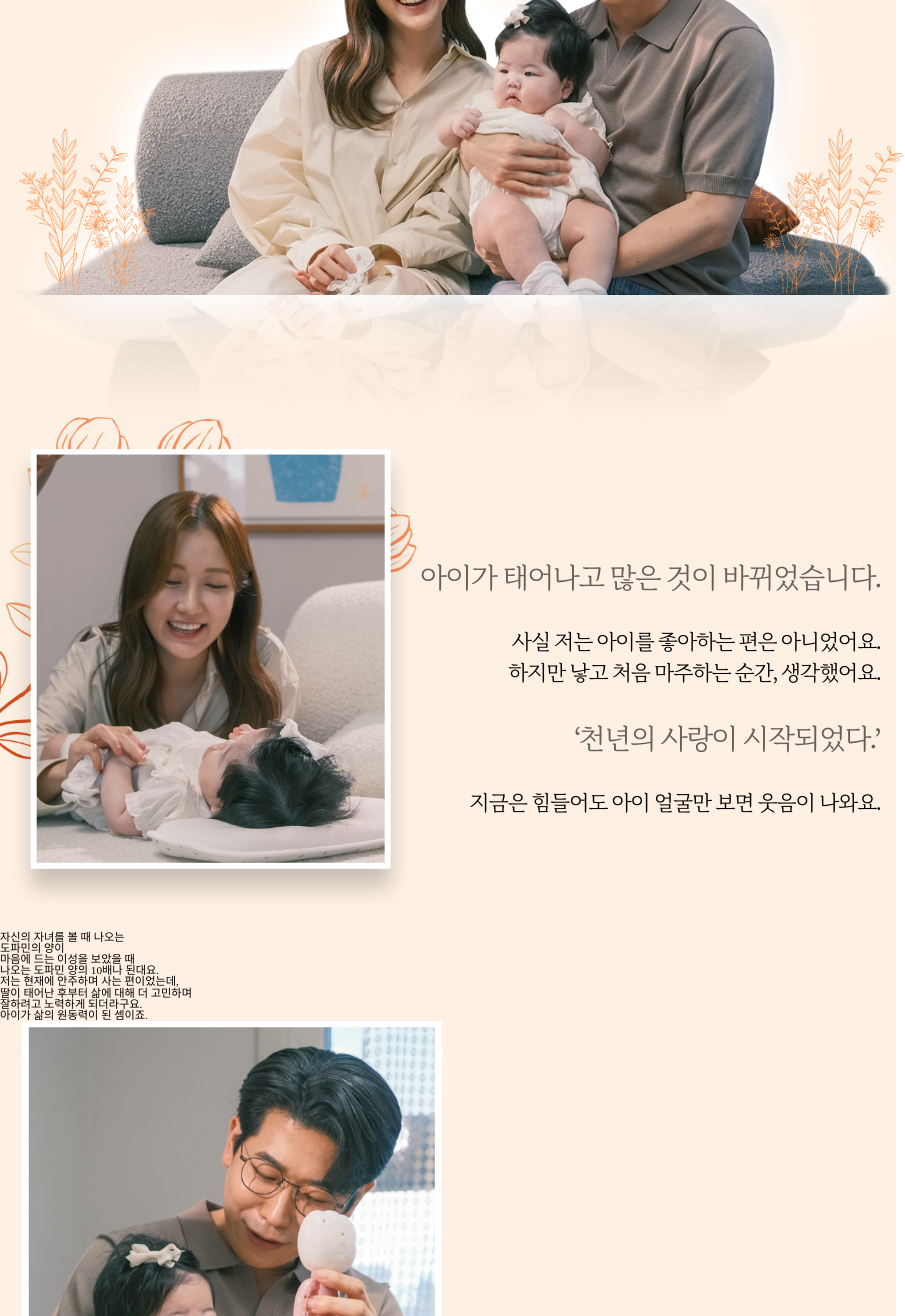
Repository: dlgywls1130/saveTheChildren
Page: index.html
An editor plug-in stored every save of this project. The page is shown before and after the next save, followed by the edit.
The browser window is 1280 px wide. The page is 1293 px wide, so the pictures cover 1293 px, including what lies to the right of the window. The pictures show the part of the page from y = 2521 to 4401 px (the page is 10571 px tall), at 70% of full size.
Some web fonts or font styles are not loaded; a fallback is used. The style sheet was rebuilt from its Sass, Less or Tailwind sources for each picture, by a compiler version that may differ from the author's.

Above is the page before, as saved 2024-11-01 22:29:41.

### index.html
<!DOCTYPE html>
<html lang="en">
<head>
    <meta charset="UTF-8">
    <meta name="viewport" content="width=device-width, initial-scale=1.0">
    <title>Document</title>

    <link rel="stylesheet" href="./css/common.css">
</head>
<body>

    <!-- main -->
    <section class="main_container">
        <div class="container">
            <div class="logo_title mb-60">
                <img src="./images/logo.png" alt="logo">
                <p>우리 아기 좋은 날 기부</p>
            </div>

            <p class="sub_title mb-30">
                의사 오진승, 아나운서 김도연 가족과 함께하는
            </p>

            <h2 class="mb-50">우리 아기<br>좋은 날 일기</h2>

            <p class="sub_span_text mb-40">
                여러분은 자녀의 소중한 순간을<br>
                어떻게 기념 하시나요?
            </p>

            <p class="sub_descript mb-60">
                보통 사진을 찍고 영상을 남기는 분들이 많으실 거에요. <br>
                <span>소중한 날을 특별하게 기념하는 방법</span>을<br>
                소개해드릴게요
            </p>

            <a href="#" class="record_btn">
                <img src="/images/pencle.png" alt="pencle">
                <p>우리 아기 좋은 날 기록하기</p>
            </a>
        </div>
    </section>

    <!-- 스토리섹션 -->

    <section class="story_section">
        <div class="container py-150">

            <!-- 영상 -->
            <div class="video_container mb-150">
                <video></video>
            </div>

            <div class="story_01">
                <p class="s01 mb-70">
                    “유튜브 <닥터프렌즈>를 운영하는 정신과 전문의 오진승,
                    <br>KBS 전 아나운서, 현 프리랜서 방송인 김도연입니다.
                </p>

                <p class="s01_1 mb-70">
                    세이브더칠드런과는 자립지원아동들과 미혼모가정을 위해
                    <br>기부하며 인연을 이어오고 있습니다.
                </p>

                <p class="s01_2 mb-70">
                    지난 4월, 첫 딸 수빈이가 저희에게 찾아와 주었어요.”
                </p>

                <img src="/images/s1_1.png" alt="story">
            </div>


            <div class="story_02">
                <div class="story_02_01">
                    <div class="story_image">
                        <img src="/images/s2_1.png" alt="stroy">
                    </div>
                    <div class="story_text-contain">
                        <p class="story_text_01 mb-50">
                            아이가 태어나고 많은 것이 바뀌었습니다.
                        </p>
                        <p class="story_text_02 mb-50">
                            사실 저는 아이를 좋아하는 편은 아니었어요.
                            <br>하지만 낳고 처음 마주하는 순간, 생각했어요.
                        </p>
                        <p class="story_text_03 mb-50">
                            ‘천년의 사랑이 시작되었다.’
                        </p>

                        <p class="story_text_04">
                            지금은 힘들어도 아이 얼굴만 보면 웃음이 나와요.
                        </p>
                    </div>


                </div>
            </div>

            <div class="story_03">
                <div class="story03_01">
                    <div class="story_text-contain">
                        <p class="story_text_01">
                            자신의 자녀를 볼 때 나오는
                            <br>도파민의 양이
                            <br>마음에 드는 이성을 보았을 때
                            <br>나오는 도파민 양의 10배나 된대요.
                        </p>
                        <p class="story_text_02">
                            저는 현재에 안주하며 사는 편이었는데,
                            <br>딸이 태어난 후부터 삶에 대해 더 고민하며
                            <br>잘하려고 노력하게 되더라구요.
                        </p>
                        <p class="story_text_03">
                            아이가 삶의 원동력이 된 셈이죠.
                        </p>

                    </div>

                    <div class="story_image">
                        <img src="/images/s3_1.png" alt="stroy">
                    </div>



                </div>
            </div>

            <div class="story_04">
                <div class="story04_01">

                    <div class="story_image">
                        <img src="/images/s4_1.png" alt="stroy">
                    </div>

                    <div class="story_text-contain">
                        <p class="story_text_01">
                            요즘은 수빈이와 함께
                            <br>놀이터 갈 날을
                            <br>손꼽아 기다리고 있어요.
                        </p>
                        <p class="story_text_02">
                            아직 말귀도 못 알아듣는 아이한테
                            <br>“너 언제 커서 아빠랑 놀이터 갈래?”
                            <br>묻고는 하죠.
                        </p>

                    </div>

                </div>

                <div class="story04_02">

                    <div class="story_text-contain">
                        <p class="story_text_01">
                            한편으로는 아이를 정신없이 키우다 보니
                            <br>탄생의 순간이 희미해지고 있었어요.
                        </p>
                        <p class="story_text_02">
                            우리 아기 좋은 날 캠페인에 참여해서
                            <br>직접 <span>기념일 이야기를 담은 후원감사증서</span>를 받아보니,
                            <br>그때 생각이 나서 너무 좋았어요.
                        </p>

                    </div>

                    <div class="story_image">
                        <img src="/images/s4_2.png" alt="stroy">
                    </div>

                </div>
            </div>

            <div class="story_05">
                <div class="story_05_01">
                    <div class="img_story">
                        <img src="/images/s5_1.png">
                    </div>
                    <div class="story_text">
                        “아이가 건강하게 발달단계를 해내는
                        <br>소중한 순간에 기부를 하면
                        <br>수빈이가 더 건강하고,행복하게
                        <br>자라게 되지 않을까요?
                        <br>
                        <br>소중한 순간마다 기부하고
                        <br>앨범처럼 남겨서 보여주면
                        <br>자랑스러운 부모가 될 것 같아요”
                    </div>
                </div>

                <div class="story_05_02">

                    <div class="story_text">
                        “저는 칭찬 받거나 스스로에게 자부심을
                        <br>느낀 순간은 오래 기억된다고 생각해요.
                        <br>
                        <br>내 아이에게 ‘네가 첫 양치질을 잘 해낸
                        <br>기념으로  다른 친구를 도왔어.’ 라고
                        <br>말해준다면 그 뿌듯함을 밑거름으로
                        <br>자기 자신과 다른 사람 모두 사랑할 수 있는
                        <br>아이로 성장하지 않을까요?”
                    </div>

                    <div class="img_story">
                        <img src="/images/s5_2.png">
                    </div>

                </div>


                <div class="middle_cotain">
                    <p>첫 걸음마, 첫돌, 처음 엄마 아빠를 부른 날, 처음 비를 맞아본 날,
                    처음 놀이터에 간 날, 그 소중한 순간을 기부로 기록해 보세요.</p>

                    <p>후원해주신 모든 분들께 직접 작성한 기념일 이야기가 담긴 <span>후원감사증서</span>를 드리며,
                    30만원 이상 후원해 주신 분들께는 이름을 수놓은 <span>순면거즈블랭킷</span>을 증정하고 있습니다. </p>

                    <div class="middle_image">
                        <div class="middel_left">
                            <img src="/images/s6_1.png">
                        </div>
                        <div class="middel_right">
                            <img src="/images/s6_2.png">
                        </div>

                        <img src="" class="float_image">
                    </div>


                    <a href="#" class="record_btn">
                        <img src="/images/pencle.png" alt="pencle">
                        <p>우리 아기 좋은 날 기록하기</p>
                    </a>
                </div>



            </div>

        </div>


    </section>

    <!-- 후원신청 과정 -->

    <section class="sponsor_section">
        <div class="container">

            <div class="sponsor-container">
                <h2>후원신청 과정</h2>

                <div class="sponsor_list">
                    <div class="sponsor_list_inner">
                        <div class="list-inner-img">
                            <img src="">
                        </div>
                        <p>후원신청하기</p>

                    </div>
                    <span class="arrow-img"><img src=""></span>
                    <div class="sponsor_list_inner">
                        <div class="list-inner-img">
                            <img src="">
                        </div>
                        <p>후원감사증서<br>메시지 적기</p>

                    </div>
                    <span class="arrow-img"><img src=""></span>
                    <div class="sponsor_list_inner">
                        <div class="list-inner-img">
                            <img src="">
                        </div>
                        <p>신청완료</p>

                    </div>
                    <span class="arrow-img"><img src=""></span>
                    <div class="sponsor_list_inner">
                        <div class="list-inner-img">
                            <img src="">
                        </div>
                        <p>후원감사증서 발송<br>(1주일이내)</p>

                    </div>
                </div>

                <p class="info-span">30만원 이상 후원자 분들께는 순면거즈블랭킷 제작을 위한 문자가 별도 발송됩니다. (후원 2-3일 이내)</p>
            </div>


            <div class="sponsor-inner">
                <h2>후원금, 이렇게 쓰여요!</h2>

                <p>
                    세이브더칠드런은 국내외 아동을 대상으로
                    생계지원, 의료지원,  영유아용품지원, 재해재난 상황에서의
                    긴급구호 등의 활동을 진행하고 있습니다.

                    보내주신 후원금은 정치, 종교, 인종에 관계없이
                    모든 아이들을 구해야 한다는  세이브더칠드런의 신념에 따라
                    가장 도움 필요한 아이를 위해 우선 사용됩니다.

                </p>

                <img src="/images/baby.png">
            </div>
        </div>

    </section>

    <!-- faq -->
    <section class="faq_section">
        <div class="container">
            <h2>FAQ</h2>

            <ul class="faq_list">
                <li>
                    <div class="faq_question">
                        <img src="/images/leaves.png">
                        <p>30만원 이상 후원했습니다. 거즈 순면 블랭킷은 언제 오나요?</p>
                    </div>
                    <div class="faq_answer">
                        우리 아기 좋은 날 기부로 30만원 이상 후원자님들께는 담요에 수놓을 아기 이름과 선물 수령 주소
                        확인을 위한 문자가 발송됩니다. 02-6900-4479로 발송되는 문자 속 설문조사에 답해주세요.
                        확인을 완료하신 분들께는 블랭킷 제작을 담당하고 있는 조니 스튜디오에서 아기 이름 자수
                        작업 완료 후 배송해 드립니다.

                    </div>
                </li>
                <li>
                    <div class="faq_question">
                        <img src="/images/leaves.png">
                        <p>순면 거즈 블랭킷, 안전한 제품인가요? </p>
                    </div>
                    <div class="faq_answer">
                        본 블랭킷은 워싱된 3중 거즈로 제작되었으며, KC안전검사를 완료하였습니다.
                        소재 특성상 섬유 조각이 발생할 수 있어 망에 넣지 않고 3번 정도 물빨래 하시는 것을 권장합니다.

                    </div>
                </li>
                <li>
                    <div class="faq_question">
                        <img src="/images/leaves.png">
                        <p>순면 거즈 블랭킷을 받았는 데 하자가 있어요. 어떻게 해야 하나요? </p>
                    </div>
                    <div class="faq_answer">
                        물품에 동봉된 조니스튜디오 연락처로 연락 부탁드립니다. 하자 물품에 대한 교환은 수령일로부터
                        7일 이내에 조니스튜디오에 연락해주셔야 하며, 이로 인한 후원금 환불은 어렵습니다.

                    </div>
                </li>
                <li>
                    <div class="faq_question">
                        <img src="/images/leaves.png">
                        <p>후원감사증서에 넣을 수 있는 사진 사이즈는 얼마인가요?</p>
                    </div>
                    <div class="faq_answer">
                        사진 인화 사이즈 5*7 인치에 맞추어서 제작되었습니다.  그보다 작은 사진일 경우,
                        후원감사증서  내부의 주머니에 넣어 보관하실 수도  있습니다.

                    </div>
                </li>
            </ul>
        </div>
    </section>
</body>
</html>

### css/common.scss
// Reset CSS
@mixin reset {

    html,
    body,
    div,
    span,
    applet,
    object,
    iframe,
    h1,
    h2,
    h3,
    h4,
    h5,
    h6,
    p,
    blockquote,
    pre,
    a,
    abbr,
    acronym,
    address,
    big,
    cite,
    code,
    del,
    dfn,
    em,
    img,
    ins,
    kbd,
    q,
    s,
    samp,
    small,
    strike,
    strong,
    sub,
    sup,
    tt,
    var,
    b,
    u,
    i,
    center,
    dl,
    dt,
    dd,
    ol,
    ul,
    li,
    fieldset,
    form,
    label,
    legend,
    table,
    caption,
    tbody,
    tfoot,
    thead,
    tr,
    th,
    td,
    article,
    aside,
    canvas,
    details,
    embed,
    figure,
    figcaption,
    footer,
    header,
    hgroup,
    menu,
    nav,
    output,
    ruby,
    section,
    summary,
    time,
    mark,
    audio,
    video {
        margin: 0;
        padding: 0;
        border: 0;
        font-size: 100%;
        font: inherit;
        vertical-align: baseline;
    }

    /* HTML5 display-role reset for older browsers */
    article,
    aside,
    details,
    figcaption,
    figure,
    footer,
    header,
    hgroup,
    menu,
    nav,
    section {
        display: block;
    }

    body {
        line-height: 1;
    }

    ol,
    ul {
        list-style: none;
    }

    blockquote,
    q {
        quotes: none;

        &:before,
        &:after {
            content: '';
            content: none;
        }
    }

    table {
        border-collapse: collapse;
        border-spacing: 0;
    }
}


$font-path: '../fonts/';


$font-weights: (
    'regular': 400,
    'medium': 500,
    'semi-bold':600,
    'bold': 700,
    'extra-bold': 800,
);


// 폰트 패밀리 변수 설정
$font-families: (
  'maru': ('MaruBuri', serif),
  'nanum': ('NanumSquare', sans-serif),
  'nanum-neo': ('NanumSquare Neo', sans-serif),
  'okgung': ('OKGUNG', serif)
);


// MaruBuri 폰트
@font-face {
  font-family: 'MaruBuri';
  font-weight: 400;
  font-style: normal;
  font-display: swap;
  src: url('#{$font-path}MaruBuri-Regular.woff2') format('woff2'),
       url('#{$font-path}MaruBuri-Regular.ttf') format('truetype');
}

// NanumSquare 폰트군
@font-face {
  font-family: 'NanumSquare';
  font-weight: 400;
  font-style: normal;
  font-display: swap;
  src: url('#{$font-path}NANUMSQUAREB.TTF') format('truetype'),
       url('#{$font-path}NANUMSQUAREL.TTF') format('truetype');
}

// NanumSquare Neo
@font-face {
    font-family: 'NanumSquare';
    font-weight: map-get($font-weights, 'regular');
    font-style: normal;
    font-display: swap;
    src: url('#{$font-path}NANUMSQUAREL.TTF') format('truetype');
}

@font-face {
    font-family: 'NanumSquare';
    font-weight: map-get($font-weights, 'medium');
    font-style: normal;
    font-display: swap;
    src: url('#{$font-path}NANUMSQUAREM.TTF') format('truetype');
}

@font-face {
    font-family: 'NanumSquare';
    font-weight: map-get($font-weights, 'semi-bold');
    font-style: normal;
    font-display: swap;
    src: url('#{$font-path}NANUMSQUARESB.TTF') format('truetype');
}

@font-face {
    font-family: 'NanumSquare';
    font-weight: map-get($font-weights, 'bold');
    font-style: normal;
    font-display: swap;
    src: url('#{$font-path}NANUMSQUARB.TTF') format('truetype');
}

@font-face {
    font-family: 'NanumSquare';
    font-weight: map-get($font-weights, 'extra-bold');
    font-style: normal;
    font-display: swap;
    src: url('#{$font-path}NANUMSQUAREB.TTF') format('truetype');
}

// OKGUNG 폰트
@font-face {
  font-family: 'OKGUNG';
  font-weight: normal;
  font-style: normal;
  font-display: swap;
  src: url('#{$font-path}OKGUNG.woff2') format('woff2'),
       url('#{$font-path}OKGUNG.ttf') format('truetype');
}

@mixin font($family, $size: 16px, $weight: 400) {
    font-family: map-get($font-families, $family);
    font-size: $size;
    font-weight: $weight;
  }





// Container
$container-width: 1315px;

// Colors
$colors: (
    'gray': #535353,
    'black': #020202,
    'brown': #665f5a,
    'teal': #00b2a9,
    'red': #ea4120,
    'bronze': #a56839,
    'olive': #727464,
    'sage': #858770
);


$spacing: (
    '30': 30px,
    '40': 40px,
    '50': 50px,
    '60': 60px,
    '70': 70px,
    '75': 75px,
    '80': 80px,
    '100': 100px,
    '150': 150px,
    '200': 200px,
);

$directions: (
    'p': padding,
    'm': margin
);

$sides: (
    't': top,
    'b': bottom,
    'l': left,
    'r': right,
    'x': (left, right),
    'y': (top, bottom)
);

@each $direction-key, $direction-value in $directions {
    @each $side-key, $side-value in $sides {
        @each $space-key, $space-value in $spacing {
            // 단일 방향
            @if type-of($side-value) == string {
                .#{$direction-key}#{$side-key}-#{$space-key} {
                    #{$direction-value}-#{$side-value}: $space-value;
                }
            }
            // x, y 축 방향
            @else if type-of($side-value) == list {
                .#{$direction-key}#{$side-key}-#{$space-key} {
                    @each $side in $side-value {
                        #{$direction-value}-#{$side}: $space-value;
                    }
                }
            }
        }
    }
}
// Container Mixin
@mixin container {
    max-width: $container-width;
    margin: 0 auto;
    width: 100%;
}

// Apply Reset
@include reset;


// Base Container
.container {
    @include container;
}

// main

.main_container {
    background: url('/images/main_bg.jpg') no-repeat;
    width: 100vw;
    height: 100vh;
    background-size: cover;
    background-position: center;

    .container {
        display: flex;
        flex-direction: column;
        justify-content: flex-end;
        height: 100%;
        padding: 90px 0;
        box-sizing: border-box;
        .logo_title{
            display: flex;
            align-items: center;
            gap: 10px;
            img{
                width: 218px;
                height: auto;
            }

            p{
                color: #fff;
                font-size: 20px;
                background: url('/images/main_banner.png') no-repeat;
                border-radius: 5px;
                display: flex;
                align-items: center;
                justify-content: center;
                width: 188px;
                height: 33px;
                letter-spacing: -0.06em;
            }

        }

        .sub_title{
            letter-spacing: -0.03em;
            color: map-get($colors, 'brown');
            @include font('nanum', 30px, map-get($font-weights, 'bold'));
        }

        h2{
            line-height: 100px;
            letter-spacing: -0.03em;
            color: map-get($colors, 'black');
            @include font('okgung', 90px, map-get($font-weights, 'regular'));
        }

        .sub_span_text{
            color: map-get($colors, 'brown');
            letter-spacing: -0.03em;
            line-height: 35px;
            @include font('nanum-neo', 25px, map-get($font-weights, 'extra-bold'));
        }

        .sub_descript{
            line-height: 35px;
            letter-spacing: -0.03em;
            color: map-get($colors, 'brown');
            @include font('nanum-neo', 25px, map-get($font-weights, 'regular'));
            span{
                font-weight: 800;
            }
        }

        .record_btn{
            background-color: map-get($colors, 'teal' );
            border-radius: 30px;
            width: 374px;
            min-height: 60px;
            display: flex;
            align-items: center;
            justify-content: center;
            gap: 10px;
            text-decoration: none;
            box-sizing: border-box;
            img{
                width: 30px;
                height: 30px;
                display: block;
            }

            p{
                display: block;
                color: #fff;
                @include font('nanum-neo', 25px, map-get($font-weights, 'extra-bold'));
            }
        }
    }
}



// story

.story_section{
    background: url('/images/story_bg.jpg') no-repeat;
    width: 100vw;
    height: 100%;
    .container{
        .video_container {
            width: 100%;
            height: 782px;  // 원하는 높이
            background-color: #000;
            display: flex;
            align-items: center;
            justify-content: center;
        }

        .story_01{
            .s01{
                @include font('maru', 30px, map-get($font-weights, 'regular'));
                color: #000;
                line-height: 45px;
                letter-spacing: -0.06em;
                text-align: center;
            }

            .s01_1{
                @include font('maru', 30px, map-get($font-weights, 'regular'));
                color: map-get($colors, 'red');
                text-align: center;
                line-height: 45px;
                letter-spacing: -0.06em;
            }

            .s01_2{
                @include font('maru', 30px, map-get($font-weights, 'regular'));
                color: #000;
                line-height: 45px;
                letter-spacing: -0.06em;
                text-align: center;
            }
        }

        .story_02{
            .story_02_01{
                display: flex;
                align-items: center;

                .story_image{
                    width: 600px;
                    height: auto;
                    img{
                        width: 100%;
                        height: 100%;

                    }
                }

                .story_text-contain{


                    .story_text_01{
                        text-align: right;
                        line-height: 40px;
                        letter-spacing: -0.06em;
                        color: map-get($colors, 'brown' );
                        @include font('maru', 40px, map-get($font-weights, 'regular'));
                    }

                    .story_text_02{
                        text-align: right;
                        line-height: 45px;
                        letter-spacing: -0.06em;
                        color: #000;
                        @include font('maru', 30px, map-get($font-weights, 'regular'));
                    }

                    .story_text_03{
                        text-align: right;
                        line-height: 40px;
                        letter-spacing: -0.06em;
                        color: map-get($colors, 'brown' );
                        @include font('maru', 40px, map-get($font-weights, 'regular'));
                    }

                    .story_text_04{
                        text-align: right;
                        line-height: 45px;
                        letter-spacing: -0.06em;
                        color: #000;
                        @include font('maru', 30px, map-get($font-weights, 'regular'));
                    }

                }
            }
        }
    }
}

After the next save:
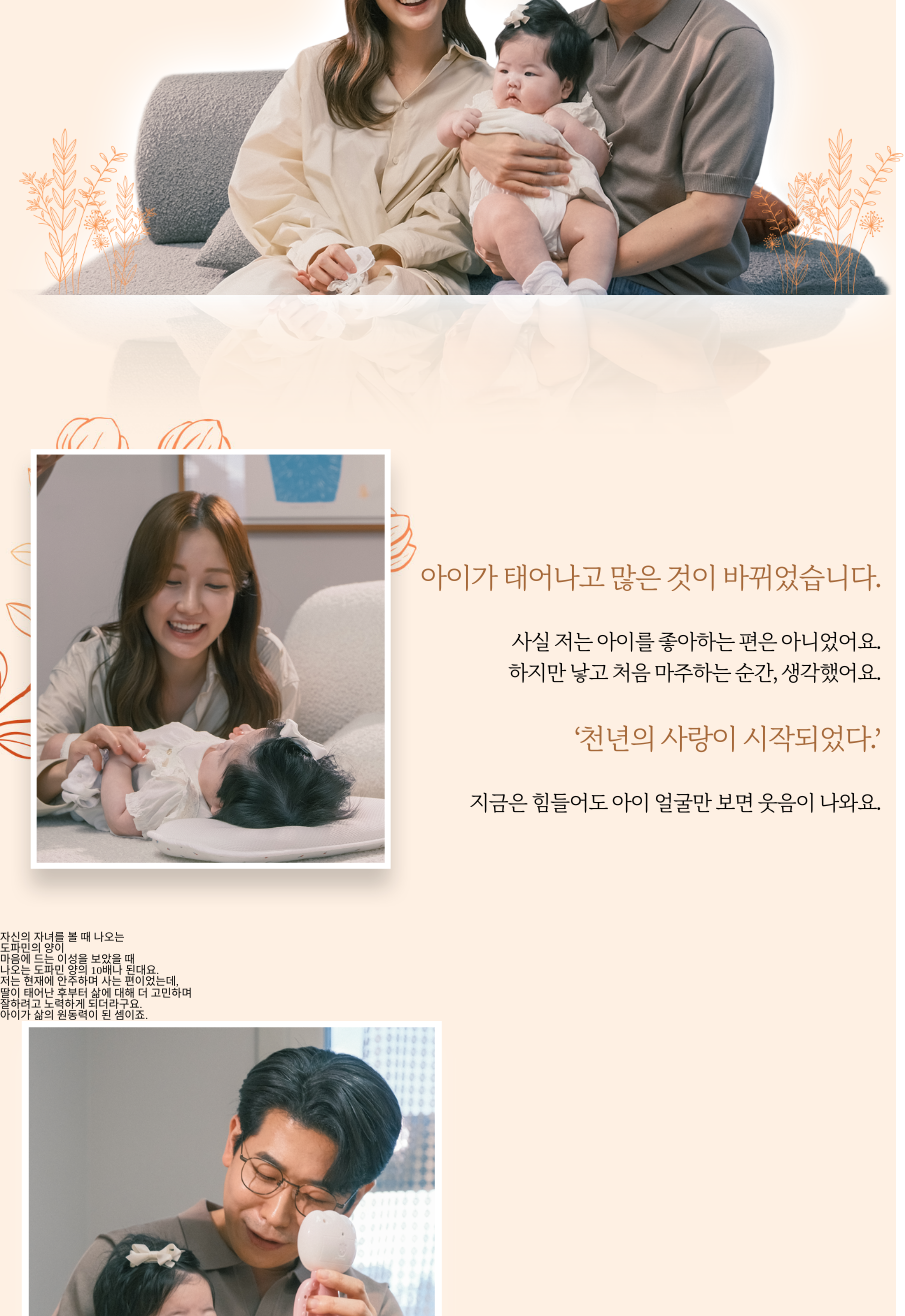
Saved 36 s later.
--- a/css/common.scss
+++ b/css/common.scss
@@ -475,7 +475,7 @@ $sides: (
                         text-align: right;
                         line-height: 40px;
                         letter-spacing: -0.06em;
-                        color: map-get($colors, 'brown' );
+                        color: map-get($colors, 'bronze' );
                         @include font('maru', 40px, map-get($font-weights, 'regular'));
                     }
 
@@ -491,7 +491,7 @@ $sides: (
                         text-align: right;
                         line-height: 40px;
                         letter-spacing: -0.06em;
-                        color: map-get($colors, 'brown' );
+                        color: map-get($colors, 'bronze' );
                         @include font('maru', 40px, map-get($font-weights, 'regular'));
                     }
 
